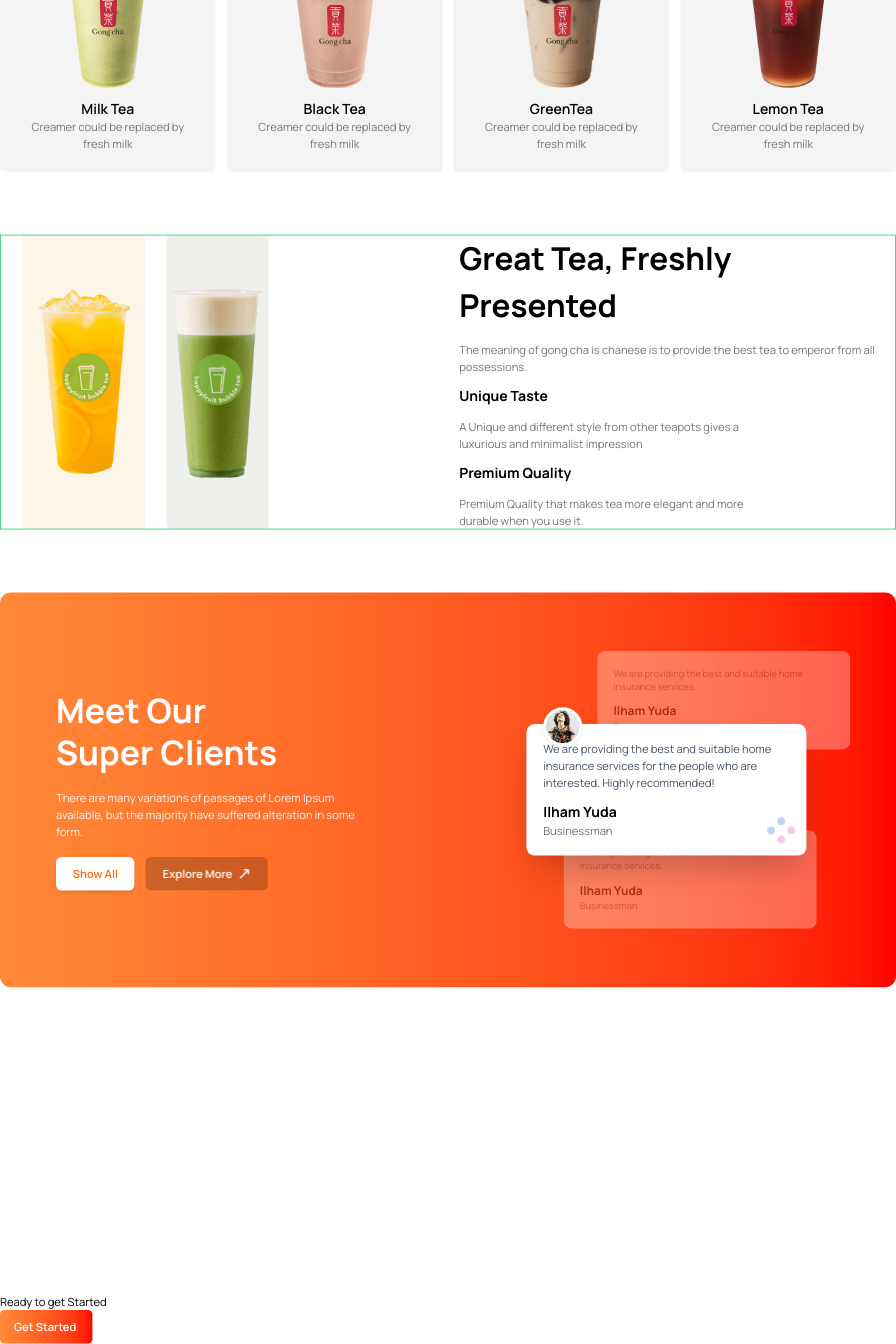
Repository: tanimtanzilislam/Tea-house
Page: index.html
An editor plug-in stored every save of this project. The page is shown before and after the next save, followed by the edit.
The browser window is 1280 px wide. The pictures show the part of the page from y = 1045 to 2965 px (the page is 2965 px tall), at 70% of full size.
Some web libraries are served in a nearby version.

Above is the page before, as saved 2026-04-10 17:44:52.

### index.html
<!DOCTYPE html>
<html lang="en">
<head>
    <meta charset="UTF-8">
    <meta name="viewport" content="width=device-width, initial-scale=1.0">
    <title>Tea House</title>
    <!-- Tailwind css -->
     <script src="https://cdn.jsdelivr.net/npm/@tailwindcss/browser@4"></script>

     <!-- Google fonts -->
      <link rel="preconnect" href="https://fonts.googleapis.com">
<link rel="preconnect" href="https://fonts.gstatic.com" crossorigin>
<link href="https://fonts.googleapis.com/css2?family=Manrope:wght@200..800&family=Work+Sans:ital,wght@0,100..900;1,100..900&display=swap" rel="stylesheet">

<style>
    *{
        font-family: "Manrope", sans-serif;
    }
</style>

<!-- font awesome cdn -->
<link rel="stylesheet" href="https://cdnjs.cloudflare.com/ajax/libs/font-awesome/7.0.1/css/all.min.css" integrity="sha512-2SwdPD6INVrV/lHTZbO2nodKhrnDdJK9/kg2XD1r9uGqPo1cUbujc+IYdlYdEErWNu69gVcYgdxlmVmzTWnetw==" crossorigin="anonymous" referrerpolicy="no-referrer" />

</head>

<body>

<section class="grid grid-cols-1 md:grid-cols-2 container border mx-auto">
    <div class="banner-left space-y-30">
        <h2 class="text-[80px] font-bold">It's good <br>tea time at The <br> Tea House</h2>
        <p class="text-[#777777]">Tea and Botanical Solutions Supplier Give Optimum <br>Satisfaction To Your Taste Buds.</p>
        <button class="py-3 px-5 rounded-md text-white font-semibold bg-linear-to-r from-[#FF8938] to-[#FF0000]">
            Explore More
            <span class="-rotate-45 inline-block">
                <i class="fa-solid fa-arrow-right-long"></i>
            </span>
        </button>
    </div>

    <div class="banner-right flex justify-end items-end relative">
        <img src="./images/banner.png" alt="">

        <!-- Rating div -->
        <div class="bg-white rounded-xl shadow-2xl flex justify-between items-center gap-2 w-[250px] absolute bottom-[15px] left-[200px] py-[25px] px-[15px]">
            <img src="./images/Group 5.png" alt="">
            <h2 class="font-bold text-2xl">5.00</h2>
            <p>Trust Rating</p>
        </div>
    </div>
</section>

<!-- Featured section -->
<section class="container mx-auto my-[90px]">

    <div class="text-center max-w-[65%] mx-auto mb-[50px]">
        <h2 class="font-bold text-[45px]">Our Featured Products</h2>
        <p class="text-[#777777]">
            There are many variations of passages of Lorem Ipsum available, but the majority have suffered alteration.
        </p>
    </div>

    <div class="featured-card-parent grid grid-cols-1 sm:grid-cols-2 md:grid-cols-4 gap-4">

        <div class="featured-card bg-linear-to-b from-[#f4f4f4] to-[#f4f4f4] p-7 text-center rounded-md">
            <img src="./images/tea-1.png" alt="" class="mx-auto mb-4">
            <h2 class="font-semibold text-xl">Milk Tea</h2>
            <p class="text-[#777777]">Creamer could be replaced by fresh milk</p>
        </div>

        <div class="featured-card bg-linear-to-b from-[#f4f4f4] to-[#f4f4f4] p-7 text-center rounded-md">
            <img src="./images/tea-2.png" alt="" class="mx-auto mb-4">
            <h2 class="font-semibold text-xl">Black Tea</h2>
            <p class="text-[#777777]">Creamer could be replaced by fresh milk</p>
        </div>

        <div class="featured-card bg-linear-to-b from-[#f4f4f4] to-[#f4f4f4] p-7 text-center rounded-md">
            <img src="./images/tea-3.png" alt="" class="mx-auto mb-4">
            <h2 class="font-semibold text-xl">GreenTea</h2>
            <p class="text-[#777777]">Creamer could be replaced by fresh milk</p>
        </div>

        <div class="featured-card bg-linear-to-b from-[#f4f4f4] to-[#f4f4f4] p-7 text-center rounded-md">
            <img src="./images/tea-4.png" alt="" class="mx-auto mb-4">
            <h2 class="font-semibold text-xl">Lemon Tea</h2>
            <p class="text-[#777777]">Creamer could be replaced by fresh milk</p>
        </div>

    </div>
</section>

<!-- Great Tea sections -->
<section class="container mx-auto grid md:grid-cols-2 gap-8 mb-[90px] border border-green-500">

    <div class="great-tea-left flex gap-[30px] grid-cols-2 grid-rows-3">
        <div class="row-span-1 bg-linear-to-r from-[#ff0000] to-[#ff8938] opacity-10 rounded-md"></div>

        <div class="border-red-500 row-span-1 flex justify-center items-center bg-[#e6a6231a] rounded-md">
            <img src="./images/fresh-1.png" alt="">
        </div>

        <div class="border-red-500 row-span-2 flex justify-center items-center bg-[#5776391a] rounded-md">
            <img src="./images/fresh-2.png" alt="">
        </div>

        <div class="border-red-500 rounded-md"></div>
    </div>

    <div class="great-tea-right space-y-4">

        <h2 class="text-[45px] font-bold">Great Tea, Freshly <br>
             Presented</h2>

        <p class="text-[#777777]">
            The meaning of gong cha is chanese is to provide the best tea to emperor from all possessions.
        </p>

        <h2 class="font-bold text-[20px]">Unique Taste</h2>
        <p class="text-[#777777]">
            A Unique and different style from other teapots gives a <br> luxurious and minimalist impression
        </p>

        <h2 class="font-bold text-[20px]">Premium Quality</h2>
        <p class="text-[#777777]">
            Premium Quality that makes tea more elegant and more  <br>
            durable when you use it.
        </p>

    </div>

</section>

<!-- Meet our super client -->

<section class="container mx-auto grid md:grid-cols-2 gap-12 mb-[100px] bg-gradient-to-r from-[#ff8938] to-[#ff0000] p-6 md:p-[80px] text-white rounded-2xl">

    <!-- LEFT SIDE -->
    <div class="flex flex-col justify-center space-y-6">
        <h2 class="text-3xl md:text-[48px] font-bold leading-tight">
            Meet Our <br> Super Clients
        </h2>

        <p class="text-[#f4f4f4] max-w-md">
            There are many variations of passages of Lorem Ipsum available,
            but the majority have suffered alteration in some form.
        </p>

        <div class="flex gap-4 flex-wrap">
            <button class="py-3 px-6 rounded-lg font-semibold bg-white text-orange-500 shadow-md hover:scale-105 transition">
                Show All
            </button>

            <button class="py-3 px-6 rounded-lg font-semibold bg-black/20 backdrop-blur hover:bg-black/30 transition">
                Explore More
                <span class="-rotate-45 inline-block ml-1">
                    <i class="fa-solid fa-arrow-right-long"></i>
                </span>
            </button>
        </div>
    </div>

    <!-- RIGHT SIDE -->
    <div class="relative flex flex-col items-center md:items-end justify-center">

        <!-- BACK CARD (TOP) -->
        <div class="bg-white text-black rounded-xl p-6 w-full max-w-[380px] opacity-30 scale-95 translate-x-6">
            <p class="text-gray-500 text-sm">
                We are providing the best and suitable home insurance services.
            </p>
            <h2 class="font-bold text-lg mt-3">Ilham Yuda</h2>
            <h3 class="text-gray-500 text-sm">Businessman</h3>
        </div>

        <!-- MAIN CARD -->
        <div class="bg-white text-black rounded-xl p-6 w-full max-w-[400px] relative z-20 shadow-2xl -mt-10 md:-translate-x-12 hover:scale-105 transition duration-300">

            <p class="text-gray-600">
                We are providing the best and suitable home insurance services
                for the people who are interested. Highly recommended!
            </p>

            <h2 class="font-bold text-xl mt-4">Ilham Yuda</h2>
            <h3 class="text-gray-500">Businessman</h3>

            <!-- Avatar -->
            <div class="absolute -top-6 left-6 bg-white p-1 rounded-full shadow">
                <img src="./images/client.png" alt="" class="w-12 h-12 rounded-full">
            </div>

            <!-- Decoration -->
            <img src="./images/circles.png" alt="" class="absolute right-4 bottom-4 w-10 opacity-70">
        </div>

        <!-- BACK CARD (BOTTOM) -->
        <div class="bg-white text-black rounded-xl p-6 w-full max-w-[380px] opacity-30 scale-95 -translate-x-6 -mt-10">
            <p class="text-gray-500 text-sm">
                We are providing the best and suitable home insurance services.
            </p>
            <h2 class="font-bold text-lg mt-3">Ilham Yuda</h2>
            <h3 class="text-gray-500 text-sm">Businessman</h3>
        </div>

    </div>

</section>

<section>


    <footer>
 <!-- footer top -->
        <div>
            <img src="./images/bg_cup.png" alt="">
            <div>
                <p> Ready to get Started</p>
                <button class="py-3 px-5 rounded-md text-white font-semibold bg-linear-to-r from-[#FF8938] to-[#FF0000]">
            Get Started
            <span class="-rotate-45 inline-block">

            </span>
        </button>
            </div>

        </div>
    </footer>
</section>
</body>
</html>

After the next save:
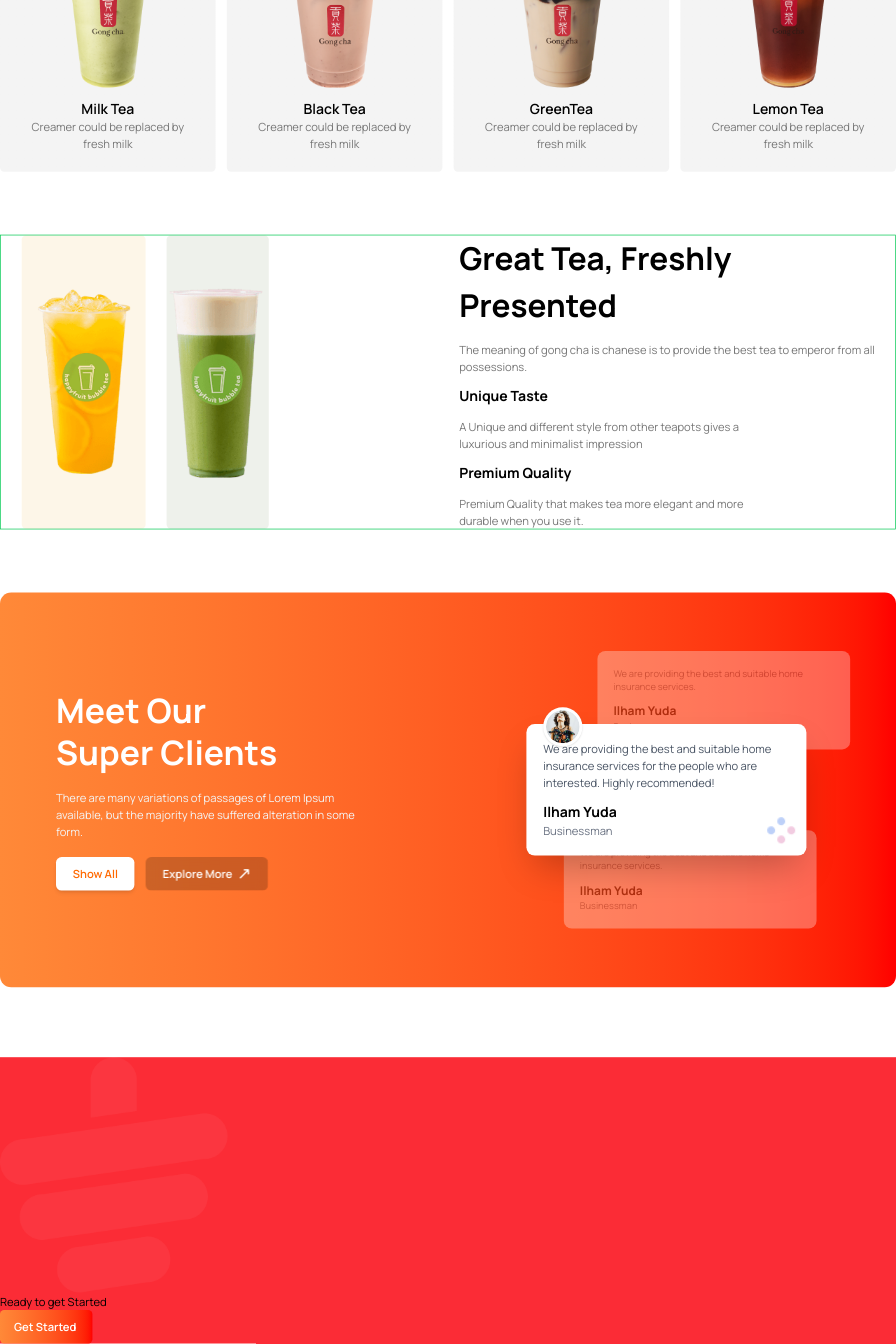
Saved 24 s later.
--- a/index.html
+++ b/index.html
@@ -206,7 +206,7 @@
 <section>
 
 
-    <footer>
+    <footer class="bg-red-500">
  <!-- footer top -->
         <div>
             <img src="./images/bg_cup.png" alt="">
